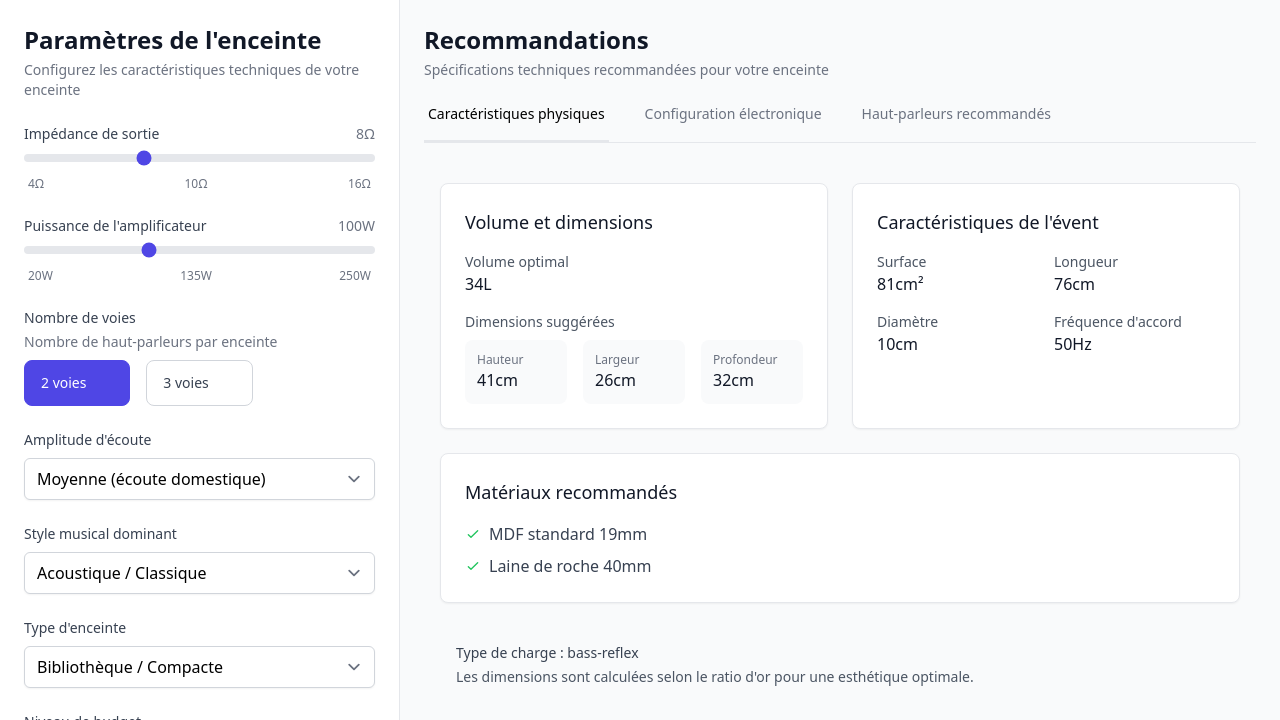
Repository: flobutbut/AcuoTune
Page: /#/
The author's editor kept a copy of each file at every save. The page is drawn from the files as they stood at one save, then again after the next save.
The browser window is 1280 px wide. The pictures show the whole page.
The project was rebuilt for these pictures with package versions that can differ from the ones it lists, and the page was loaded fresh each time. Also part of the build but not shown: vite.config.ts, src/utils/calculations/electronic.ts, src/utils/calculations/frequency-response.ts, src/components/configurateur/FrequencyResponseChart.vue, src/components/configurateur/recommendations/ElectronicTab.vue, src/components/configurateur/recommendations/SpeakersTab.vue.

Above is the page before, as saved 2025-02-28 16:48:30.

### src/main.ts
import './assets/main.css'

import { createApp } from 'vue'
import { createPinia } from 'pinia'
import App from './App.vue'
import router from './router'

// Pour le débogage
console.log('Initializing app...')

const app = createApp(App)
const pinia = createPinia()

// Pour le débogage
app.config.errorHandler = (err, instance, info) => {
  console.error('Vue Error:', err)
  console.log('Component:', instance)
  console.log('Info:', info)
}

app.use(pinia)
app.use(router)

app.mount('#app')

// Pour le débogage
console.log('App mounted')

### src/App.vue
<script setup lang="ts">
import { RouterView } from 'vue-router'
</script>

<template>
  <RouterView />
</template>

<style>
#app {
  height: 100vh;
  width: 100vw;
}
</style>

### src/router/index.ts
import { createRouter, createWebHashHistory } from 'vue-router'
import ConfigurateurView from '../views/ConfigurateurView.vue'

const base = process.env.NODE_ENV === 'production' ? '/AcuoTune/' : '/'

const router = createRouter({
  history: createWebHashHistory(base),
  routes: [
    {
      path: '/',
      name: 'home',
      component: ConfigurateurView
    }
  ]
})

export default router

### src/views/ConfigurateurView.vue
<script setup lang="ts">
import ConfigurationPanel from '@/components/configurateur/ConfigurationPanel.vue'
import RecommendationsPanel from '@/components/configurateur/RecommendationsPanel.vue'
</script>

<template>
  <div class="flex h-screen bg-gray-50">
    <!-- Colonne de gauche - Configuration -->
    <div class="w-[400px] min-w-[400px] overflow-y-auto border-r border-gray-200 bg-white">
      <ConfigurationPanel />
    </div>

    <!-- Colonne de droite - Recommandations -->
    <div class="flex-1 overflow-y-auto">
      <RecommendationsPanel />
    </div>
  </div>
</template>

<style>
/* Supprimer les marges par défaut */
body {
  margin: 0;
  padding: 0;
}

/* Assurer que l'app prend toute la hauteur */
#app {
  height: 100vh;
}
</style>

### src/components/configurateur/ConfigurationPanel.vue
<script setup lang="ts">
import { useConfigurateurStore } from '@/stores/configurateur'
import { storeToRefs } from 'pinia'
import RangeInput from './controls/RangeInput.vue'
import SelectInput from './controls/SelectInput.vue'
import {
  IMPEDANCE_OPTIONS,
  PUISSANCE_OPTIONS,
  AMPLITUDE_ECOUTE_OPTIONS,
  STYLE_MUSICAL_OPTIONS,
  TYPE_ENCEINTE_OPTIONS,
  BUDGET_NIVEAU_OPTIONS,
  DISTANCE_MUR_OPTIONS,
  UTILISATION_OPTIONS,
  TYPE_CHARGE_OPTIONS,
  PENTE_FILTRE_OPTIONS,
  FACTEUR_QUALITE_OPTIONS
} from '@/constants/configurateur'
import { computed } from 'vue'
import ToggleGroup from '@/components/ui/ToggleGroup.vue'

const store = useConfigurateurStore()
const { config } = storeToRefs(store)

const handleChange = (event: Event) => {
  const target = event.target as HTMLInputElement | HTMLSelectElement
  let value: string | number = target.value

  // Debug
  console.log('Before conversion:', target.name, value, typeof value)

  // Conversion des valeurs numériques
  if (target.name === 'facteurQualite') {
    value = parseFloat(value)
    console.log('After conversion:', value, typeof value) // Debug
  } else if (target.name === 'accordEvent') {
    value = parseInt(value)
  }

  // Debug final
  console.log('Updating store with:', target.name, value, typeof value)

  store.updateConfig({
    [target.name]: value
  })
}

const handleVoiesClick = (voies: number) => {
  store.updateConfig({ nombreVoies: voies })
}

const getTypeChargeDescription = (type: string): string => {
  const descriptions = {
    'clos': 'Meilleur contrôle des basses, idéal près des murs',
    'bass-reflex': 'Plus de rendement dans les basses, nécessite plus d\'espace',
    'double-bass-reflex': 'Extension maximale des basses, pour les audiophiles'
  }
  return descriptions[type as keyof typeof descriptions] || ''
}

const handleFreqCoupureChange = (event: Event, index: number) => {
  const value = (event.target as HTMLInputElement).value
  const newFreqs = [...config.value.freqCoupureManuelle]
  newFreqs[index] = parseInt(value)
  store.updateConfig({ freqCoupureManuelle: newFreqs })
}

const facteurQualiteOptions = [
  {
    value: 0.6,
    label: 'Neutre',
    description: 'Son neutre et précis (0.6)'
  },
  {
    value: 0.707,
    label: 'Standard',
    description: 'Équilibre Butterworth (0.707)'
  },
  {
    value: 0.9,
    label: 'Impact',
    description: 'Plus d\'impact dans les graves (0.9)'
  }
]

// Calcul de la fréquence d'accord par défaut
const defaultAccordEvent = computed(() => {
  const baseFreq = config.value.typeEnceinte === 'bibliothèque' ? 50 : 40

  // Ajustement selon le type de charge
  if (config.value.typeCharge === 'double-bass-reflex') {
    return Math.round(baseFreq * 0.8) // -20% pour double bass-reflex
  }

  return baseFreq
})
</script>

<template>
  <div class="p-6 space-y-6">
    <div>
      <h2 class="text-2xl font-bold text-gray-900">Paramètres de l'enceinte</h2>
      <p class="mt-1 text-sm text-gray-500">
        Configurez les caractéristiques techniques de votre enceinte
      </p>
    </div>

    <div class="space-y-6">
      <!-- Impédance -->
      <RangeInput
        label="Impédance de sortie"
        name="impedance"
        :value="config.impedance"
        :min="IMPEDANCE_OPTIONS.min"
        :max="IMPEDANCE_OPTIONS.max"
        :step="IMPEDANCE_OPTIONS.step"
        unit="Ω"
        @update="handleChange"
      />

      <!-- Puissance de l'amplificateur -->
      <RangeInput
        label="Puissance de l'amplificateur"
        name="puissanceAmp"
        :value="config.puissanceAmp"
        :min="PUISSANCE_OPTIONS.min"
        :max="PUISSANCE_OPTIONS.max"
        :step="PUISSANCE_OPTIONS.step"
        unit="W"
        @update="handleChange"
      />

      <!-- Nombre de voies -->
      <ToggleGroup
        v-model="config.nombreVoies"
        label="Nombre de voies"
        description="Nombre de haut-parleurs par enceinte"
        :options="[
          { value: 2, label: '2 voies' },
          { value: 3, label: '3 voies' }
        ]"
        class="mb-8"
      />

      <!-- Amplitude d'écoute -->
      <SelectInput
        label="Amplitude d'écoute"
        name="amplitudeEcoute"
        :value="config.amplitudeEcoute"
        :options="AMPLITUDE_ECOUTE_OPTIONS"
        @update="handleChange"
      />

      <!-- Style musical -->
      <SelectInput
        label="Style musical dominant"
        name="styleMusical"
        :value="config.styleMusical"
        :options="STYLE_MUSICAL_OPTIONS"
        @update="handleChange"
      />

      <!-- Type d'enceinte -->
      <SelectInput
        label="Type d'enceinte"
        name="typeEnceinte"
        :value="config.typeEnceinte"
        :options="TYPE_ENCEINTE_OPTIONS"
        @update="handleChange"
      />

      <!-- Budget -->
      <SelectInput
        label="Niveau de budget"
        name="budgetNiveau"
        :value="config.budgetNiveau"
        :options="BUDGET_NIVEAU_OPTIONS"
        @update="handleChange"
      />

      <!-- Distance au mur -->
      <SelectInput
        label="Distance au mur arrière"
        name="distanceAuMur"
        :value="config.distanceAuMur"
        :options="DISTANCE_MUR_OPTIONS"
        @update="handleChange"
      />

      <!-- Utilisation principale -->
      <SelectInput
        label="Utilisation principale"
        name="utilisationPrincipale"
        :value="config.utilisationPrincipale"
        :options="UTILISATION_OPTIONS"
        @update="handleChange"
      />

      <!-- Mode avancé toggle -->
      <div class="flex items-center justify-between">
        <span class="text-sm font-medium text-gray-700">Mode avancé</span>
        <button
          type="button"
          :class="[
            'relative inline-flex h-6 w-11 flex-shrink-0 cursor-pointer rounded-full border-2 border-transparent transition-colors duration-200 ease-in-out focus:outline-none focus:ring-2 focus:ring-indigo-600 focus:ring-offset-2',
            config.showAdvanced ? 'bg-indigo-600' : 'bg-gray-200'
          ]"
          @click="handleChange({ target: { name: 'showAdvanced', value: !config.showAdvanced } } as Event)"
        >
          <span
            :class="[
              'pointer-events-none inline-block h-5 w-5 transform rounded-full bg-white shadow ring-0 transition duration-200 ease-in-out',
              config.showAdvanced ? 'translate-x-5' : 'translate-x-0'
            ]"
          />
        </button>
      </div>

      <!-- Paramètres avancés -->
      <div v-if="config.showAdvanced" class="space-y-6 border-t pt-6">
        <!-- Type de charge -->
        <ToggleGroup
          v-model="config.typeCharge"
          label="Type de charge"
          description="Type de charge acoustique"
          :options="[
            { value: 'clos', label: 'Clos' },
            { value: 'bass-reflex', label: 'Bass-reflex' },
            { value: 'double-bass-reflex', label: 'Double Bass-reflex', description: 'Extension maximale des basses' }
          ]"
          class="mb-8"
        />

        <!-- Paramètres avancés selon le type de charge -->
        <template v-if="config.typeCharge !== 'clos'">
          <div class="space-y-2">
            <div class="flex items-center justify-between">
              <div>
                <label class="block text-sm font-medium text-gray-700">
                  Fréquence d'accord (Hz)
                </label>
                <p class="mt-1 text-sm text-gray-500">
                  Détermine la fréquence de résonance du bass-reflex. Une valeur plus basse étend les graves mais réduit leur précision.
                </p>
              </div>
              <div class="relative group">
                <button type="button" class="text-gray-400 hover:text-gray-500">
                  <svg class="h-5 w-5" viewBox="0 0 20 20" fill="currentColor">
                    <path fill-rule="evenodd" d="M18 10a8 8 0 11-16 0 8 8 0 0116 0zm-7-4a1 1 0 11-2 0 1 1 0 012 0zM9 9a1 1 0 000 2v3a1 1 0 001 1h1a1 1 0 100-2v-3a1 1 0 00-1-1H9z" clip-rule="evenodd" />
                  </svg>
                </button>
                <div class="hidden group-hover:block absolute z-10 w-72 p-2 text-sm bg-gray-900 text-white rounded-md -top-2 right-6">
                  Valeurs recommandées :
                  <ul class="mt-1 list-disc list-inside">
                    <li>Bibliothèque : 45-55 Hz</li>
                    <li>Colonne : 35-45 Hz</li>
                    <li>Double bass-reflex : -20% sur ces valeurs</li>
                  </ul>
                </div>
              </div>
            </div>
            <RangeInput
              name="accordEvent"
              :value="defaultAccordEvent"
              :min="20"
              :max="100"
              :step="1"
              unit="Hz"
              @update="handleChange"
            />
          </div>
        </template>

        <div class="space-y-2 mb-8">
          <div class="flex items-center justify-between mb-2">
            <div>
              <label class="block text-sm font-medium text-gray-700">
                Facteur de qualité
              </label>
              <p class="mt-1 text-sm text-gray-500">
                Contrôle la résonance et l'amortissement.
              </p>
            </div>
          </div>
          <ToggleGroup
            v-model="config.facteurQualite"
            label="Facteur de qualité"
            description="Contrôle la résonance et l'amortissement"
            :options="[
              { value: 0.6, label: 'Neutre', description: 'Son neutre et précis (0.6)' },
              { value: 0.707, label: 'Standard', description: 'Équilibre Butterworth (0.707)' },
              { value: 0.9, label: 'Impact', description: 'Plus d\'impact dans les graves (0.9)' }
            ]"
            class="mb-8"
          />
        </div>
      </div>
    </div>
  </div>
</template>

### src/components/configurateur/RecommendationsPanel.vue
<script setup lang="ts">
import { ref } from 'vue'
import PhysicalTab from './recommendations/PhysicalTab.vue'
import ElectronicTab from './recommendations/ElectronicTab.vue'
import SpeakersTab from './recommendations/SpeakersTab.vue'

const activeTab = ref('physique')

// Données temporaires pour test
const physicalRecommendations = {
  volume: '30L',
  dimensions: {
    height: '80cm',
    width: '30cm',
    depth: '40cm'
  },
  materials: ['MDF 19mm', 'Contreplaqué bouleau 18mm'],
  portType: 'Bass-reflex',
  port: {
    surface: '50cm²',
    length: '15cm',
    diameter: '8cm',
    tuningFreq: '35Hz'
  }
}

const electronicRecommendations = {
  impedance: '8Ω',
  power: '100W RMS',
  crossoverFreqs: ['500Hz', '3.5kHz'],
  filterSlope: '12dB/octave',
  efficiency: '89dB'
}

const speakerRecommendations = [
  {
    type: 'Grave',
    impedance: '8Ω',
    power: '100W RMS',
    sensitivity: '89dB'
  },
  {
    type: 'Médium',
    impedance: '8Ω',
    power: '50W RMS',
    sensitivity: '91dB'
  },
  {
    type: 'Aigu',
    impedance: '8Ω',
    power: '25W RMS',
    sensitivity: '92dB'
  }
]
</script>

<template>
  <div class="w-full">
    <div class="p-6">
      <h2 class="text-2xl font-bold text-gray-900">Recommandations</h2>
      <p class="mt-1 text-sm text-gray-500 mb-6">Spécifications techniques recommandées pour votre enceinte</p>

      <!-- Onglets -->
      <div class="border-b border-gray-200">
        <nav class="flex space-x-8" aria-label="Tabs">
          <button
            v-for="tab in ['physique', 'electronique', 'hautparleurs']"
            :key="tab"
            @click="activeTab = tab"
            :class="[
              'pb-4 px-1 font-medium text-sm border-b-2 transition-colors',
              activeTab === tab
                ? 'border-primary-600 text-primary-600'
                : 'border-transparent text-gray-500 hover:text-gray-700 hover:border-gray-300'
            ]"
          >
            {{ tab === 'physique' ? 'Caractéristiques physiques' :
               tab === 'electronique' ? 'Configuration électronique' :
               'Haut-parleurs recommandés' }}
          </button>
        </nav>
      </div>

      <!-- Contenu des onglets -->
      <div class="mt-6">
        <PhysicalTab v-if="activeTab === 'physique'" />
        <ElectronicTab v-if="activeTab === 'electronique'" />
        <SpeakersTab v-if="activeTab === 'hautparleurs'" />
      </div>
    </div>
  </div>
</template>

### src/components/configurateur/controls/RangeInput.vue
<script setup lang="ts">
defineProps<{
  label: string
  name: string
  value: number
  min: number
  max: number
  step: number
  unit?: string
}>()

defineEmits<{
  (e: 'update', event: Event): void
}>()
</script>

<template>
  <div class="space-y-2">
    <!-- Label et valeur actuelle -->
    <div class="flex justify-between items-center">
      <label :for="name" class="block text-sm font-medium text-gray-700">
        {{ label }}
      </label>
      <span class="text-sm text-gray-500">
        {{ value }}{{ unit }}
      </span>
    </div>

    <!-- Input range -->
    <input
      :id="name"
      type="range"
      :name="name"
      :min="min"
      :max="max"
      :step="step"
      :value="value"
      @input="$emit('update', $event)"
      class="w-full h-2 bg-gray-200 rounded-lg appearance-none cursor-pointer
             dark:bg-gray-700 accent-indigo-600 focus:outline-none focus:ring-2
             focus:ring-indigo-500 focus:ring-offset-2"
    />

    <!-- Valeurs min/max -->
    <div class="flex justify-between px-1">
      <span class="text-xs text-gray-500">{{ min }}{{ unit }}</span>
      <span class="text-xs text-gray-500">{{ Math.round((max + min) / 2) }}{{ unit }}</span>
      <span class="text-xs text-gray-500">{{ max }}{{ unit }}</span>
    </div>
  </div>
</template>

### src/components/configurateur/controls/SelectInput.vue
<script setup lang="ts">
interface Option {
  value: string
  label: string
}

defineProps<{
  label: string
  name: string
  value: string
  options: Option[]
}>()

defineEmits<{
  (e: 'update', event: Event): void
}>()
</script>

<template>
  <div class="space-y-2">
    <label :for="name" class="block text-sm font-medium text-gray-700">
      {{ label }}
    </label>
    <select
      :id="name"
      :name="name"
      :value="value"
      @change="$emit('update', $event)"
      class="mt-1 block w-full rounded-md border-gray-300 py-2 pl-3 pr-10 text-base
             focus:border-indigo-500 focus:outline-none focus:ring-indigo-500
             bg-white shadow-sm"
    >
      <option
        v-for="option in options"
        :key="option.value"
        :value="option.value"
        class="text-gray-900"
      >
        {{ option.label }}
      </option>
    </select>
  </div>
</template>

### src/constants/configurateur.ts
export const IMPEDANCE_OPTIONS = {
  min: 4,
  max: 16,
  step: 4
}

export const PUISSANCE_OPTIONS = {
  min: 20,
  max: 250,
  step: 10
}

export const AMPLITUDE_ECOUTE_OPTIONS = [
  { value: 'faible', label: 'Faible (écoute de proximité)' },
  { value: 'moyenne', label: 'Moyenne (écoute domestique)' },
  { value: 'forte', label: 'Forte (home-cinéma, fêtes)' }
]

export const STYLE_MUSICAL_OPTIONS = [
  { value: 'neutre', label: 'Neutre / Polyvalent' },
  { value: 'hifi', label: 'Hi-Fi / Audiophile' },
  { value: 'bass', label: 'Bass heavy (Electronic, Hip-hop)' },
  { value: 'acoustique', label: 'Acoustique / Classique' }
]

export const TYPE_ENCEINTE_OPTIONS = [
  { value: 'bibliothèque', label: 'Bibliothèque / Compacte' },
  { value: 'colonne', label: 'Colonne' },
  { value: 'monitoring', label: 'Monitoring' }
]

export const BUDGET_NIVEAU_OPTIONS = [
  { value: 'économique', label: 'Économique' },
  { value: 'moyen', label: 'Moyen' },
  { value: 'élevé', label: 'Élevé' }
]

export const DISTANCE_MUR_OPTIONS = [
  { value: 'proche', label: 'Proche (< 20cm)' },
  { value: 'moyenne', label: 'Moyenne (20-40cm)' },
  { value: 'éloignée', label: 'Éloignée (> 40cm)' }
]

export const UTILISATION_OPTIONS = [
  { value: 'musique', label: 'Musique' },
  { value: 'homecinema', label: 'Home-cinéma' },
  { value: 'mixte', label: 'Mixte (Musique + Home-cinéma)' },
  { value: 'studio', label: 'Production / Mixage studio' }
]

export const TYPE_CHARGE_OPTIONS = [
  { value: 'clos', label: 'Clos' },
  { value: 'bass-reflex', label: 'Bass-reflex' },
  { value: 'double-bass-reflex', label: 'Double Bass-reflex' }
]

export const PENTE_FILTRE_OPTIONS = [
  { value: '12', label: '12 dB/octave' },
  { value: '18', label: '18 dB/octave' },
  { value: '24', label: '24 dB/octave' }
]

export const FACTEUR_QUALITE_OPTIONS = [
  { value: '0.5', label: 'Q = 0.5 (Sous-amorti)' },
  { value: '0.707', label: 'Q = 0.707 (Butterworth)' },
  { value: '1.0', label: 'Q = 1.0 (Sur-amorti)' }
]

### src/components/ui/ToggleGroup.vue
<template>
  <RadioGroup :modelValue="modelValue" @update:modelValue="$emit('update:modelValue', $event)">
    <RadioGroupLabel class="block text-sm font-medium text-gray-700">
      {{ label }}
    </RadioGroupLabel>
    <p v-if="description" class="mt-1 text-sm text-gray-500">
      {{ description }}
    </p>
    <div class="mt-2 grid grid-cols-3 gap-4">
      <RadioGroupOption
        v-for="option in options"
        :key="option.value"
        :value="option.value"
        v-slot="{ checked }"
        class="flex flex-col items-center"
      >
        <div
          :class="[
            'w-full px-4 py-3 text-sm font-medium rounded-lg border transition-colors',
            checked
              ? 'bg-indigo-600 text-white border-indigo-600'
              : 'bg-white text-gray-700 border-gray-300 hover:bg-gray-50'
          ]"
        >
          {{ option.label }}
        </div>
        <span v-if="option.description" class="mt-1 text-xs text-gray-500">
          {{ option.description }}
        </span>
      </RadioGroupOption>
    </div>
  </RadioGroup>
</template>

<script setup lang="ts">
import { RadioGroup, RadioGroupLabel, RadioGroupOption } from '@headlessui/vue'

interface Option {
  value: any
  label: string
  description?: string
}

defineProps<{
  modelValue: any
  label: string
  description?: string
  options: Option[]
}>()

defineEmits<{
  'update:modelValue': [value: any]
}>()
</script>

Loaded but not shown: index.html (common file); src/assets/main.css (common file); tailwind.config.js (13 lines, source omitted); src/utils/calculations/acoustic.ts (372 lines, source omitted); src/utils/calculations/physical.ts (240 lines, source omitted); src/stores/configurateur.ts (192 lines, source omitted); src/components/configurateur/recommendations/PhysicalTab.vue (104 lines, source omitted)

After the next save:
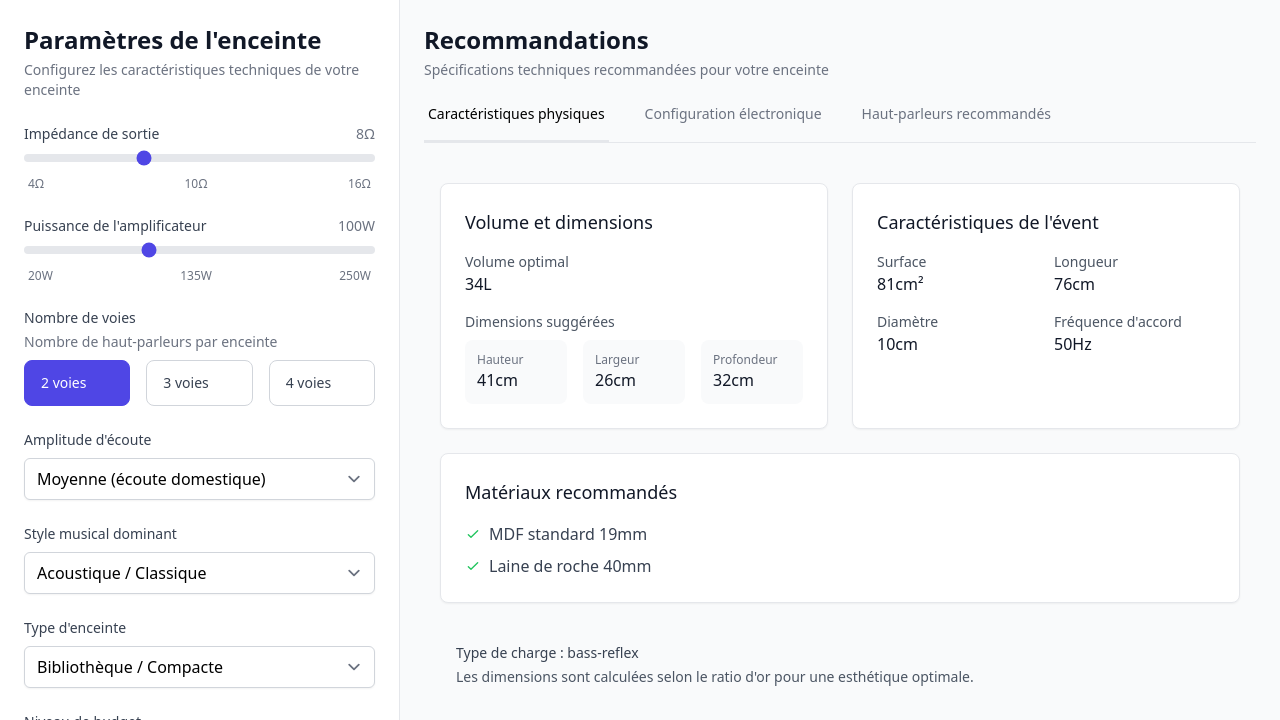
Saved 44 s later.
--- a/src/components/configurateur/ConfigurationPanel.vue
+++ b/src/components/configurateur/ConfigurationPanel.vue
@@ -137,7 +137,8 @@ const defaultAccordEvent = computed(() => {
         description="Nombre de haut-parleurs par enceinte"
         :options="[
           { value: 2, label: '2 voies' },
-          { value: 3, label: '3 voies' }
+          { value: 3, label: '3 voies' },
+          { value: 4, label: '4 voies' }
         ]"
         class="mb-8"
       />
